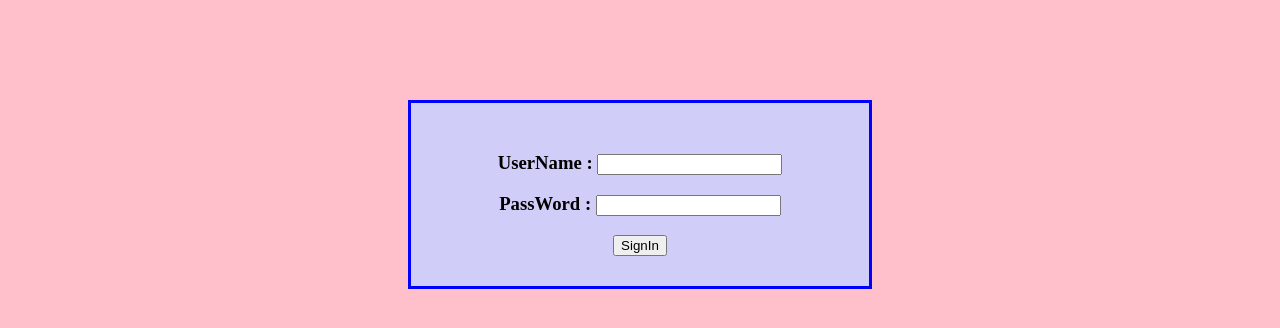
Repository: Vamsigundubogula/E-Commerce-Website
Page: http://localhost/E-commerce-website/login.jsp
The author's editor kept a copy of each file at every save. The page is drawn from the files as they stood at one save, then again after the next save.
The browser window is 1280 px wide. The pictures show the whole page.
The page is served by Tomcat 9.

Above is the page before, as saved 2023-09-11 16:09:21.

After the next save:
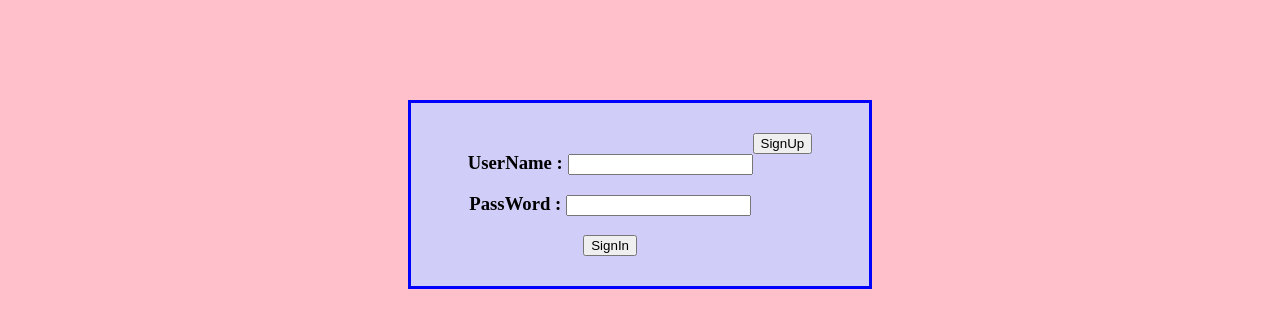
Saved 85 s later.
--- a/E-commerce-website/WebContent/login.jsp
+++ b/E-commerce-website/WebContent/login.jsp
@@ -22,6 +22,7 @@
     <h3>UserName : <input type="text" name="uname"></h3>
     <h3>PassWord : <input type="password" name="pass"></h3>
     <form action="login" align="left"><button type="submit">SignIn</button></form>
+    <form action="signup" align="right"><button type="submit">SignUp</button></form>
 
 
 
